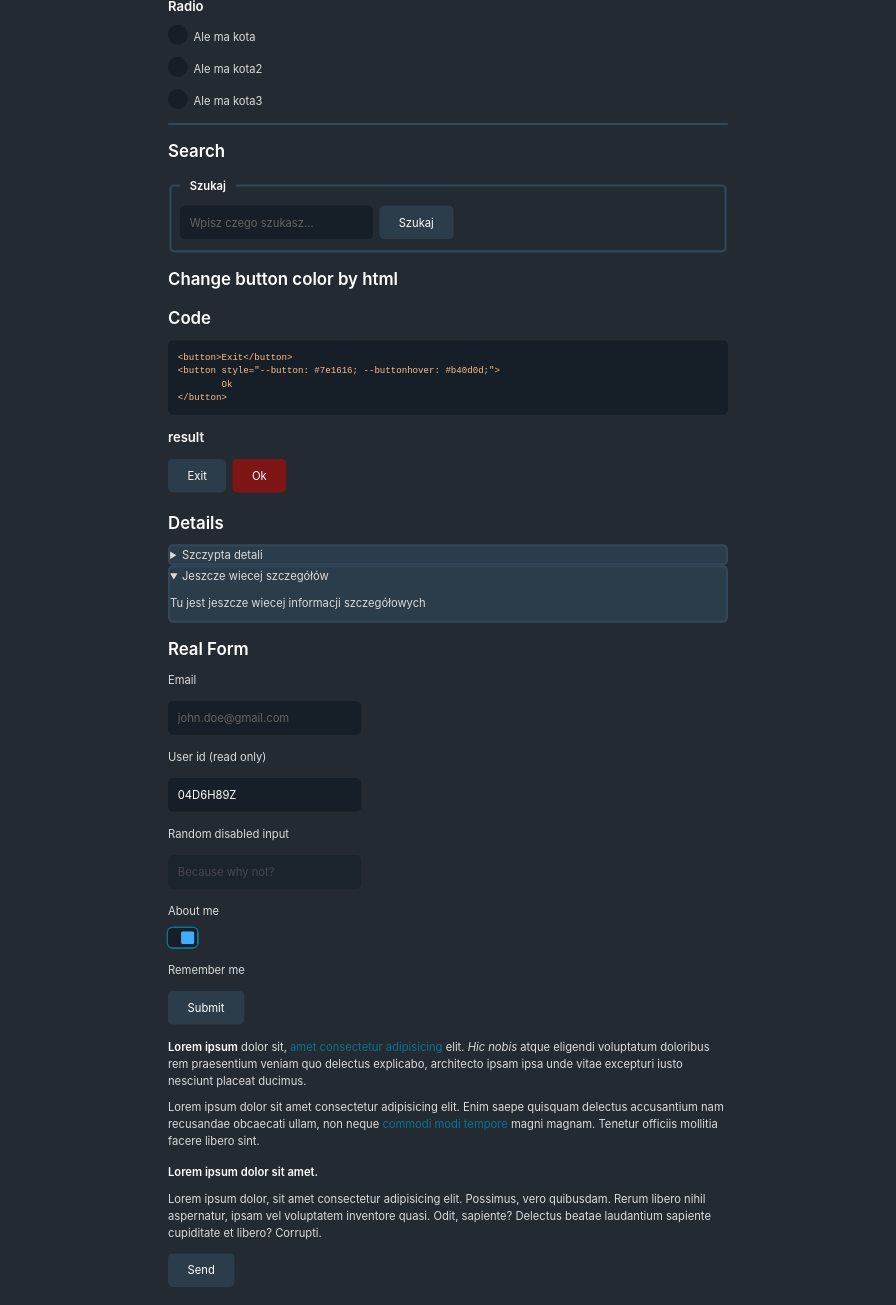
Repository: KozakBartosz/Draft
Page: index.html
These files come from the project's save history. The page is drawn as it stood at one moment and after the next save; the edit follows.
The browser window is 1280 px wide. The pictures show the part of the page from y = 2752 to 4672 px (the page is 4616 px tall before and 4672 px after), at 70% of full size.

Above is the page before, as saved 2019-04-12 08:45:56.

After the next save:
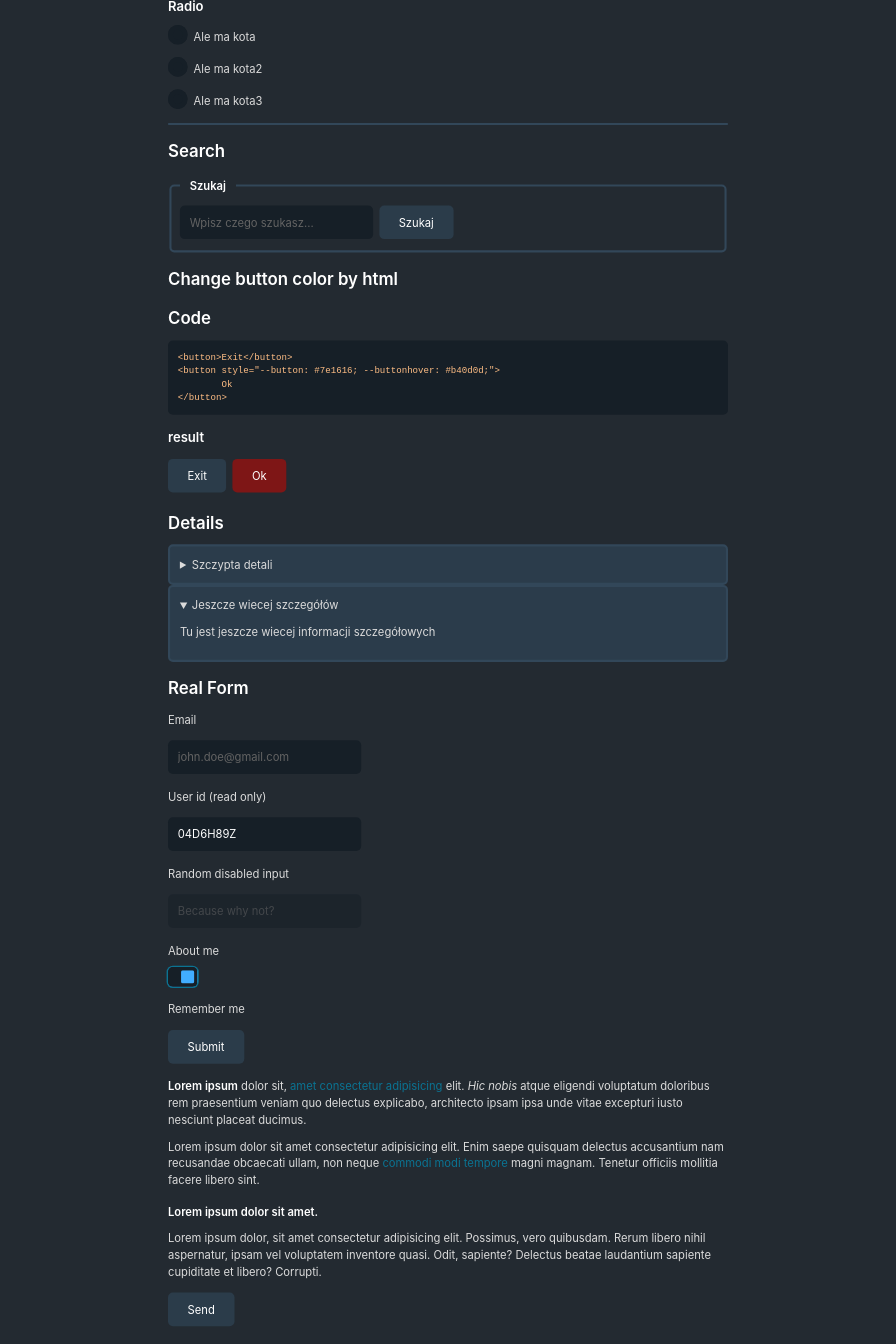
Saved 77 s later.
--- a/draft.css
+++ b/draft.css
@@ -327,6 +327,7 @@ fieldset > legend {
 }
 
 details {
+	padding: var(--mainpaddng);
 	border: 3px solid var(--midi);
 	border-radius: var(--radius);
 	background: var(--like);
